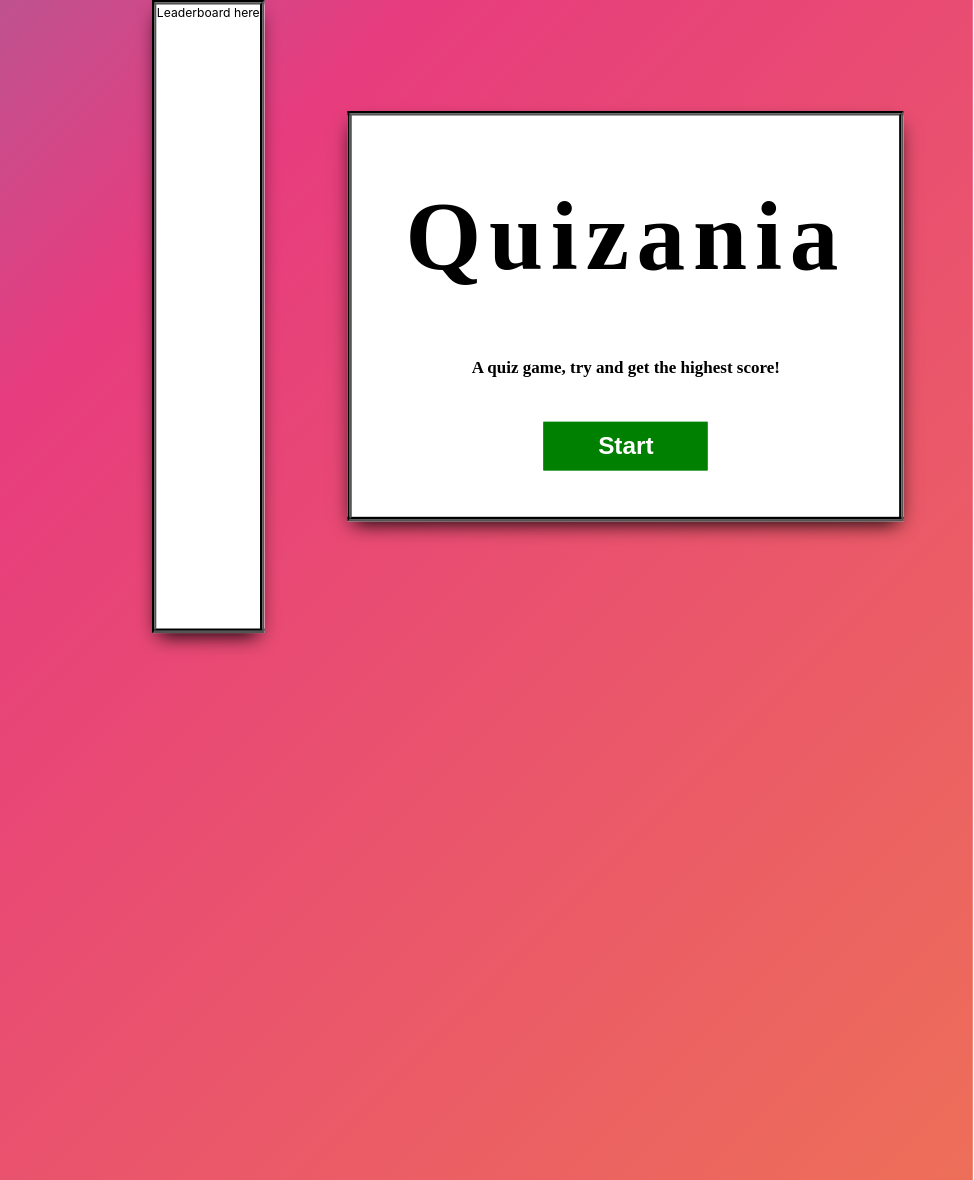
Repository: PatrickTheCodeGuy/QuizApp
Page: / (app in quizapp/)
These files come from the project's save history. The page is drawn as it stood at one moment and after the next save; the edit follows.
The browser window is 1280 px wide. The page is 1280 px wide, then 1282 px, so the pictures cover 1282 px, including what lies to the right of the window. The pictures show the whole page, at 76% of full size.
The project was rebuilt for these pictures with package versions that can differ from the ones it lists, and the page was loaded fresh each time.

Above is the page before, as saved 2021-07-08 14:49:55.

After the next save:
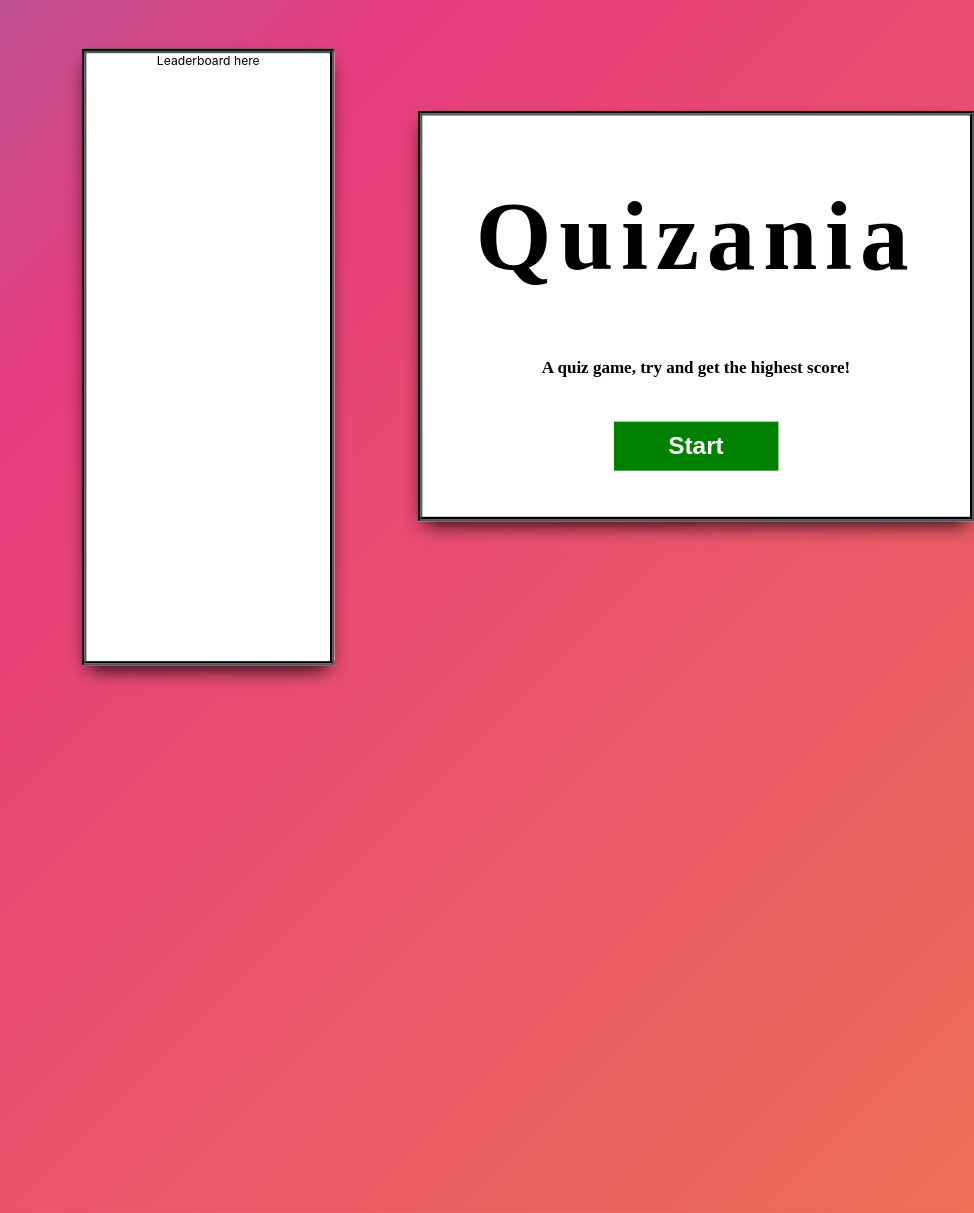
Saved 2 min 11 s later.
--- a/quizapp/src/App.css
+++ b/quizapp/src/App.css
@@ -44,10 +44,11 @@
 }
 
 .leaderboard-container {
-    width: 30%;
-    border: 6px groove black;
-    text-align: center;
-    background-color: white;
-    box-shadow: 0px 12px 25px -8px #000000;
-
+  width: 20em;
+  border: 6px groove black;
+  text-align: center;
+  background-color: white;
+  box-shadow: 0px 12px 25px -8px #000000;
+  margin-top: 6%;
+  height: 50em;
 }
